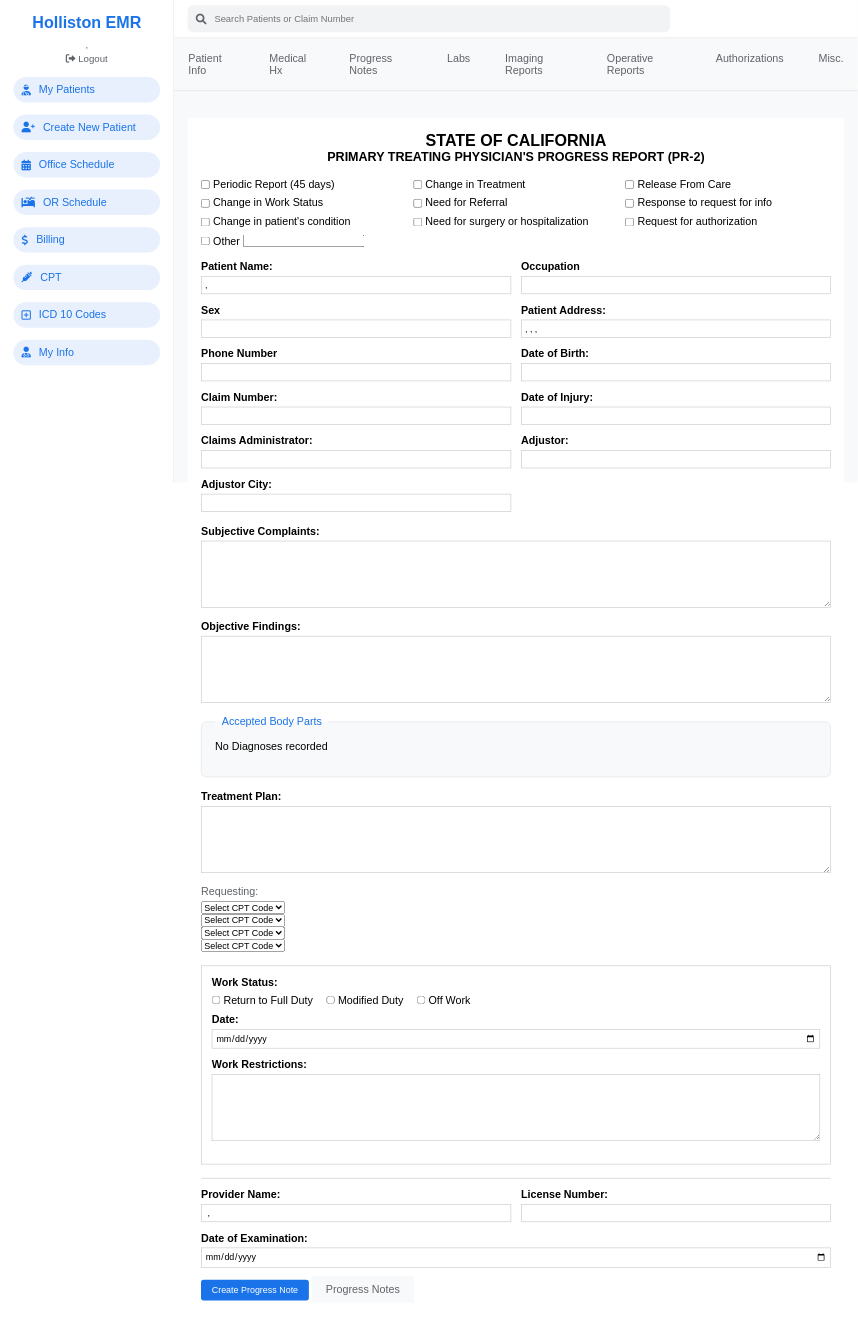
Repository: DavidG626/Flask-Project
Page: templates/create_progress_note.html
These files come from the project's save history. The page is drawn as it stood at one moment and after the next save; the edit follows.
The browser window is 1280 px wide. The pictures show the whole page, at 67% of full size.
Some web libraries are served in a nearby version. The page is served by the project's application, run on Flask 3 (tempCodeRunnerFile.py). Other server files are loaded and not shown. The template is opened directly, without the code that normally fills it, so the values that code supplies are empty.

Above is the page before, as saved 2025-03-13 22:27:47.

### templates/create_progress_note.html
<!DOCTYPE html>
<html lang="en">
<head>
   <meta charset="UTF-8">
   <meta name="viewport" content="width=device-width, initial-scale=1.0">
   <title>Create Progress Note</title>
   <link rel="stylesheet" type="text/css" href="/static/dashboard.css">
   <link rel="stylesheet" type="text/css" href="/static/patient_info.css">
   <link rel="stylesheet" type="text/css" href="/static/pr2.css">
   <link href="https://cdn.jsdelivr.net/npm/select2@4.1.0-rc.0/dist/css/select2.min.css" rel="stylesheet" />
   <script src="https://cdn.jsdelivr.net/npm/jquery@3.6.0/dist/jquery.min.js"></script>
   <script src="https://cdn.jsdelivr.net/npm/select2@4.1.0-rc.0/dist/js/select2.min.js"></script>
   <link href="https://cdnjs.cloudflare.com/ajax/libs/font-awesome/6.0.0/css/all.min.css" rel="stylesheet">
</head>
<body>
   <div class="container">
       <!-- Sidebar -->
       <aside class="sidebar">
           <div class="logo">Holliston EMR</div>
           <div class="logged-user">
               {{ current_user.first_name }} {{ current_user.last_name }}, {{ current_user.medical_title }}
               <a href="{{ url_for('dashboard.logout') }}" class="logout-link">
                   <i class="fas fa-sign-out-alt"></i> Logout
               </a>
           </div>
           <nav>
               <ul>
                   <li class="active">
                       <a href="{{ url_for('dashboard.my_patients') }}">
                           <i class="fas fa-user-injured"></i>My Patients
                       </a>
                   </li>
               </ul>
               <br>
               <ul>
                   <li class="active">
                       <a href="{{ url_for('dashboard.create_patient') }}">
                           <i class="fas fa-user-plus"></i>Create New Patient
                       </a>
                   </li>
               </ul>
               <br>
               <ul>
                   <li class="active"><a href=""><i class="fas fa-calendar-alt"></i>Office Schedule</a></li>
               </ul>
               <br>
               <ul>
                   <li class="active"><a href=""><i class="fas fa-procedures"></i>OR Schedule</a></li>
               </ul>
               <br>
               <ul>
                   <li class="active"><a href=""><i class="fas fa-dollar-sign"></i>Billing</a></li>
               </ul>
               <br>
               <ul>
                   <li class="active">
                       <a href="{{ url_for('cpt.cpt_codes') }}">
                           <i class="fas fa-syringe"></i>CPT
                       </a>
                   </li>
               </ul>
               <br>
               <ul>
                   <li class="active">
                       <a href="{{ url_for('icd10.icd10_codes') }}">
                           <i class="far fa-plus-square"></i>ICD 10 Codes
                       </a>
                   </li>
               </ul>
               <br>
               <ul>
                   <li class="active">
                       <a href="{{ url_for('dashboard.my_info') }}">
                           <i class="fas fa-user-md"></i>My Info
                       </a>
                   </li>
               </ul>
           </nav>
       </aside>

       <!-- Main Content -->
       <main>
           <header>
               <div class="search-bar">
                   <i class="fas fa-search"></i>
                   <form action="{{ url_for('dashboard.my_patients') }}" method="get">
                       <input type="text" name="search" placeholder="Search Patients or Claim Number">
                   </form>
               </div>
           </header>

           <!-- Patient Tabs -->
           <div class="patient-tabs">
                <a href="{{ url_for('dashboard.patient_detail', patient_id=patient.id) }}" class="tab">Patient Info</a>
                <a href="{{ url_for('dashboard.patient_medical_history', patient_id=patient.id) }}" class="tab">Medical Hx</a>
                <a href="{{ url_for('pr2.progress_notes', patient_id=patient.id) }}" class="tab active">Progress Notes</a>
                <a href="{{ url_for('labs.patient_labs', patient_id=patient.id) }}" class="tab">Labs</a>
                <a href="{{ url_for('imaging.patient_imaging', patient_id=patient.id) }}" class="tab">Imaging Reports</a>
                <a href="{{ url_for('operative.patient_operative_reports', patient_id=patient.id) }}" class="tab">Operative Reports</a>
                <a href="{{ url_for('auth.patient_authorizations', patient_id=patient.id) }}" class="tab">Authorizations</a>
                <a href="{{ url_for('misc.patient_misc', patient_id=patient.id) }}" class="tab">Misc.</a>
            </div>

           <div class="content">
            <div class="pr2-form">
                <div class="pr2-header">
                    <h2>STATE OF CALIFORNIA</h2>
                    <h3>PRIMARY TREATING PHYSICIAN'S PROGRESS REPORT (PR-2)</h3>
                </div>

                <form method="POST">
                    <!-- Report Type Section -->
                    <div class="checkbox-grid">
                        <div class="checkbox-item">
                            <input type="checkbox" name="is_periodic_report" id="periodic">
                            <label for="periodic">Periodic Report (45 days)</label>
                        </div>
                        <div class="checkbox-item">
                            <input type="checkbox" name="is_change_in_treatment" id="treatment">
                            <label for="treatment">Change in Treatment</label>
                        </div>
                        <div class="checkbox-item">
                            <input type="checkbox" name="is_release_from_care" id="release">
                            <label for="release">Release From Care</label>
                        </div>
                        <div class="checkbox-item">
                            <input type="checkbox" name="is_change_in_work_status" id="work">
                            <label for="work">Change in Work Status</label>
                        </div>
                        <div class="checkbox-item">
                            <input type="checkbox" name="is_need_for_referral" id="referral">
                            <label for="referral">Need for Referral</label>
                        </div>
                        <div class="checkbox-item">
                            <input type="checkbox" name="is_need_for_referral" id="referral">
                            <label for="referral">Response to request for info</label>
                        </div>
                        <div class="checkbox-item">
                            <input type="checkbox" name="is_need_for_referral" id="referral">
                            <label for="referral">Change in patient's condition</label>
                        </div>
                        <div class="checkbox-item">
                            <input type="checkbox" name="is_need_for_referral" id="referral">
                            <label for="referral">Need for surgery or hospitalization</label>
                        </div>
                        <div class="checkbox-item">
                            <input type="checkbox" name="is_need_for_referral" id="referral">
                            <label for="referral">Request for authorization</label>
                        </div>
                        <div class="checkbox-item">
                            <input type="checkbox" name="is_need_for_referral" id="referral">
                            <label for="referral">Other</label>
                            <input type="text">
                        </div>
                    </div>

                    <!-- Patient Information Section -->
                    <div class="patient-info-grid">
                        <div class="form-field">
                            <label>Patient Name:</label>
                            <input type="text" value="{{ patient.patient_last_name }}, {{ patient.patient_first_name }}" readonly>
                        </div>
                        <div class='form-field'>
                            <label>Occupation</label>
                            <input type="text" value="{{ patient.patient_occupation }}" readonly>
                        </div>

                        <div class='form-field'>
                            <label>Sex</label>
                            <input type="text" value="{{ patient.patient_sex }}" readonly>
                        </div>
                        <div class="form-field">
                            <label>Patient Address:</label>
                            <input type="text" value="{{ patient.patient_address }}, {{ patient.patient_city }}, {{ patient.patient_state }}, {{ patient.patient_zip_code }}" readonly>
                        </div>
                        <div class='form-field'>
                            <label>Phone Number</label>
                            <input type="text" value="{{ patient.patient_occupation }}" readonly>
                        </div>
                        <div class="form-field">
                            <label>Date of Birth:</label>
                            <input type="text" value="{{ patient.patient_date_of_birth.strftime('%m/%d/%Y') }}" readonly>
                        </div>
                        <div class="form-field">
                            <label>Claim Number:</label>
                            <input type="text" value="{{ patient.patient_claim_number }}" readonly>
                        </div>
                        <div class="form-field">
                            <label>Date of Injury:</label>
                            <input type="text" value="{{ patient.patient_date_of_injury.strftime('%m/%d/%Y') }}" readonly>
                        </div>
                        <div class="form-field">
                            <label>Claims Administrator:</label>
                            <input type="text" value="{{ patient.claims_admin.admin_name if patient.claims_admin else '' }}" readonly>
                        </div>
                        <div class="form-field">
                            <label>Adjustor:</label>
                            <input type="text" value="{{ patient.claims_admin.adjustor if patient.claims_admin else '' }}" readonly>
                        </div>
                        <div class="form-field">
                            <label>Adjustor City:</label>
                            <input type="text" value="{{ patient.claims_admin.adjustor_city if patient.claims_admin else '' }}" readonly>
                        </div>
                    </div>

                    <!-- Subjective Section -->
                    <div class="text-area-field">
                        <label>Subjective Complaints:</label>
                        <textarea name="subjective_complaints" required></textarea>
                    </div>

                    <!-- Objective Section -->
                    <div class="text-area-field">
                        <label>Objective Findings:</label>
                        <textarea name="objective_findings" required></textarea>
                    </div>


                    <fieldset>
                        <legend>Accepted Body Parts</legend>
                        <div class="form-group">
                            {% if patient.diagnoses %}
                                {% for diagnosis in patient.diagnoses %}
                                    <div class="info-item">
                                        <strong>{{ diagnosis.code }}</strong> - {{ diagnosis.description }}
                                    </div>
                                {% endfor %}
                            {% else %}
                                <div class="info-item">No Diagnoses recorded</div>
                            {% endif %}
                        </div>
                    </fieldset>






                    <!-- Treatment Plan Section -->
                    <div class="text-area-field">
                        <label>Treatment Plan:</label>
                        <textarea name="treatment_plan" required></textarea>
                    </div>




                    <!-- CPT Code Selection - 4 boxes in a row -->
                    <div class="form-group mt-3">


                            <!-- 4 CPT Code dropdown boxes -->
                            <div class="col-3">
                                <label>Requesting:</label>
                                <select class="form-control" name="cpt_codes">
                                    <option value="">Select CPT Code</option>
                                    {% for cpt in cpt_codes %}
                                    <option value="{{ cpt.id }}">{{ cpt.code }} - {{ cpt.description }}</option>
                                    {% endfor %}
                                </select>
                            </div>
                            <div class="col-3">
                                <select class="form-control" name="cpt_codes">
                                    <option value="">Select CPT Code</option>
                                    {% for cpt in cpt_codes %}
                                    <option value="{{ cpt.id }}">{{ cpt.code }} - {{ cpt.description }}</option>
                                    {% endfor %}
                                </select>
                            </div>
                            <div class="col-3">
                                <select class="form-control" name="cpt_codes">
                                    <option value="">Select CPT Code</option>
                                    {% for cpt in cpt_codes %}
                                    <option value="{{ cpt.id }}">{{ cpt.code }} - {{ cpt.description }}</option>
                                    {% endfor %}
                                </select>
                            </div>
                            <div class="col-3">
                                <select class="form-control" name="cpt_codes">
                                    <option value="">Select CPT Code</option>
                                    {% for cpt in cpt_codes %}
                                    <option value="{{ cpt.id }}">{{ cpt.code }} - {{ cpt.description }}</option>
                                    {% endfor %}
                                </select>
                            </div>
                    </div>



                    <!-- Work Status Section -->
                    <div class="work-status-section">
                        <h4>Work Status:</h4>
                        <div class="work-status-options">
                            <div class="radio-item">
                                <input type="radio" name="work_status" value="full_duty" id="full_duty">
                                <label for="full_duty">Return to Full Duty</label>
                            </div>
                            <div class="radio-item">
                                <input type="radio" name="work_status" value="modified" id="modified">
                                <label for="modified">Modified Duty</label>
                            </div>
                            <div class="radio-item">
                                <input type="radio" name="work_status" value="off_work" id="off_work">
                                <label for="off_work">Off Work</label>
                            </div>
                        </div>
                        <div class="form-field">
                            <label>Date:</label>
                            <input type="date" name="work_status_date">
                        </div>
                        <div class="text-area-field" id="work-restrictions">
                            <label>Work Restrictions:</label>
                            <textarea name="work_restrictions"></textarea>
                        </div>
                    </div>

                    <!-- Provider Information Section -->
                    <div class="provider-section">
                        <div class="form-row">
                            <div class="form-field">
                                <label>Provider Name:</label>
                                <input type="text" value="{{ current_user.first_name }} {{ current_user.last_name }}, {{ current_user.medical_title }}" readonly>
                            </div>
                            <div class="form-field">
                                <label>License Number:</label>
                                <input type="text" value="{{ current_user.medical_license }}" readonly>
                            </div>
                        </div>
                        <div class="form-field">
                            <label>Date of Examination:</label>
                            <input type="date" name="date_of_exam" required>
                        </div>
                    </div><br>

                    <div class="form-buttons">
                        <button type="submit" class="save-btn" onclick="return confirmCreate()">Create Progress Note</button>
                        <a href="{{ url_for('pr2.progress_notes', patient_id=patient.id) }}" class="tab active">Progress Notes</a>
                    </div>

                     <!-- RFA Section - will be shown/hidden with JavaScript -->
        <div id="rfa_section" style="display: none;" class="pr2-form">
            <div class="pr2-header">
                <h3>REQUEST FOR AUTHORIZATION (RFA)</h3>
            </div>
            <div class="checkbox-grid">
                <div class="checkbox-item">
                    <input type="checkbox" id="is_new_request" name="is_new_request" checked>
                    <label for="is_new_request">New Request</label>
                </div>
                <div class="checkbox-item">
                    <input type="checkbox" id="is_resubmission" name="is_resubmission">
                    <label for="is_resubmission">Resubmission - Change in Material Facts</label>
                </div>
                <div class="checkbox-item">
                    <input type="checkbox" id="is_expedited" name="is_expedited">
                    <label for="is_expedited">Expedited Review</label>
                </div>
                <div class="checkbox-item">
                    <input type="checkbox" id="is_oral_confirmation" name="is_oral_confirmation">
                    <label for="is_oral_confirmation">Written confirmation of prior oral request</label>
                </div>
            </div>

            <!-- Selected Diagnoses (auto-populated) -->
            <div class="text-area-field">
                <label>Selected Diagnoses:</label>
                <div id="rfa_diagnoses_display" class="form-field">
                    <!-- Will be populated based on patient diagnoses -->
                    {% if patient.diagnoses %}
                        {% for diagnosis in patient.diagnoses %}
                        <div class="info-item">
                            <input type="hidden" name="rfa_diagnosis_ids[]" value="{{ diagnosis.id }}">
                            <strong>{{ diagnosis.code }}</strong> - {{ diagnosis.description }}
                        </div>
                        {% endfor %}
                    {% else %}
                        <div class="info-item">No Diagnoses recorded</div>
                    {% endif %}
                </div>
            </div>

            <!-- Selected CPT Codes (auto-populated) -->
            <div class="text-area-field">
                <label>Selected CPT Codes:</label>
                <div id="rfa_cpt_codes_display" class="form-field">
                    <!-- Will be populated dynamically by JavaScript -->
                    <div class="info-item text-muted">CPT codes will appear here when selected</div>
                </div>
            </div>

            <!-- Additional Information -->
            <div class="text-area-field">
                <label for="rfa_other_info">Other Information (Frequency, Duration, Quantity):</label>
                <textarea name="rfa_other_info" id="rfa_other_info" rows="2"></textarea>
            </div>
        </div>

                    <!-- JavaScript at the end of the main content -->
        <script>
            document.addEventListener('DOMContentLoaded', function() {
    // Get all CPT code select elements
    const cptSelects = document.querySelectorAll('select[name="cpt_codes"]');
    const rfaSection = document.getElementById('rfa_section');
    const rfaCptCodesDisplay = document.getElementById('rfa_cpt_codes_display');

    // Function to check if any CPT code is selected and update the RFA section
    function updateRfaSection() {
        let hasSelection = false;
        let selectedCptCodes = [];

        // Check each select element
        cptSelects.forEach(function(select) {
            if (select.value) {
                hasSelection = true;

                // Get CPT code details
                const cptId = select.value;
                const cptText = select.options[select.selectedIndex].text;

                // Add to array if not already included
                if (!selectedCptCodes.some(code => code.id === cptId)) {
                    selectedCptCodes.push({
                        id: cptId,
                        text: cptText
                    });
                }
            }
        });

        // Show or hide RFA section
        if (hasSelection) {
            rfaSection.style.display = 'block';

            // Update the CPT codes display
            rfaCptCodesDisplay.innerHTML = '';
            selectedCptCodes.forEach(function(cpt) {
                const cptItem = document.createElement('div');
                cptItem.className = 'info-item';
                cptItem.innerHTML = `
                    <input type="hidden" name="rfa_cpt_ids[]" value="${cpt.id}">
                    ${cpt.text}
                `;
                rfaCptCodesDisplay.appendChild(cptItem);
            });
        } else {
            rfaSection.style.display = 'none';
            rfaCptCodesDisplay.innerHTML = '<div class="info-item text-muted">CPT codes will appear here when selected</div>';
        }
    }

    // Add change event listeners to all CPT selects
    cptSelects.forEach(function(select) {
        select.addEventListener('change', updateRfaSection);
    });

    // Initial check in case CPT codes are pre-selected
    updateRfaSection();
});

function confirmCreate() {
    return confirm("IMPORTANT: Once created, this progress note cannot be deleted or edited due to HITECH regulations. If changes are needed later, you must create an addendum. Do you want to proceed?");
}


        </script>

       </main>
       </body>

Loaded but not shown: static/dashboard.css (410 lines, source omitted); tempCodeRunnerFile.py (97 lines, source omitted); static/patient_info.css (180 lines, source omitted); static/pr2.css (154 lines, source omitted)

After the next save:
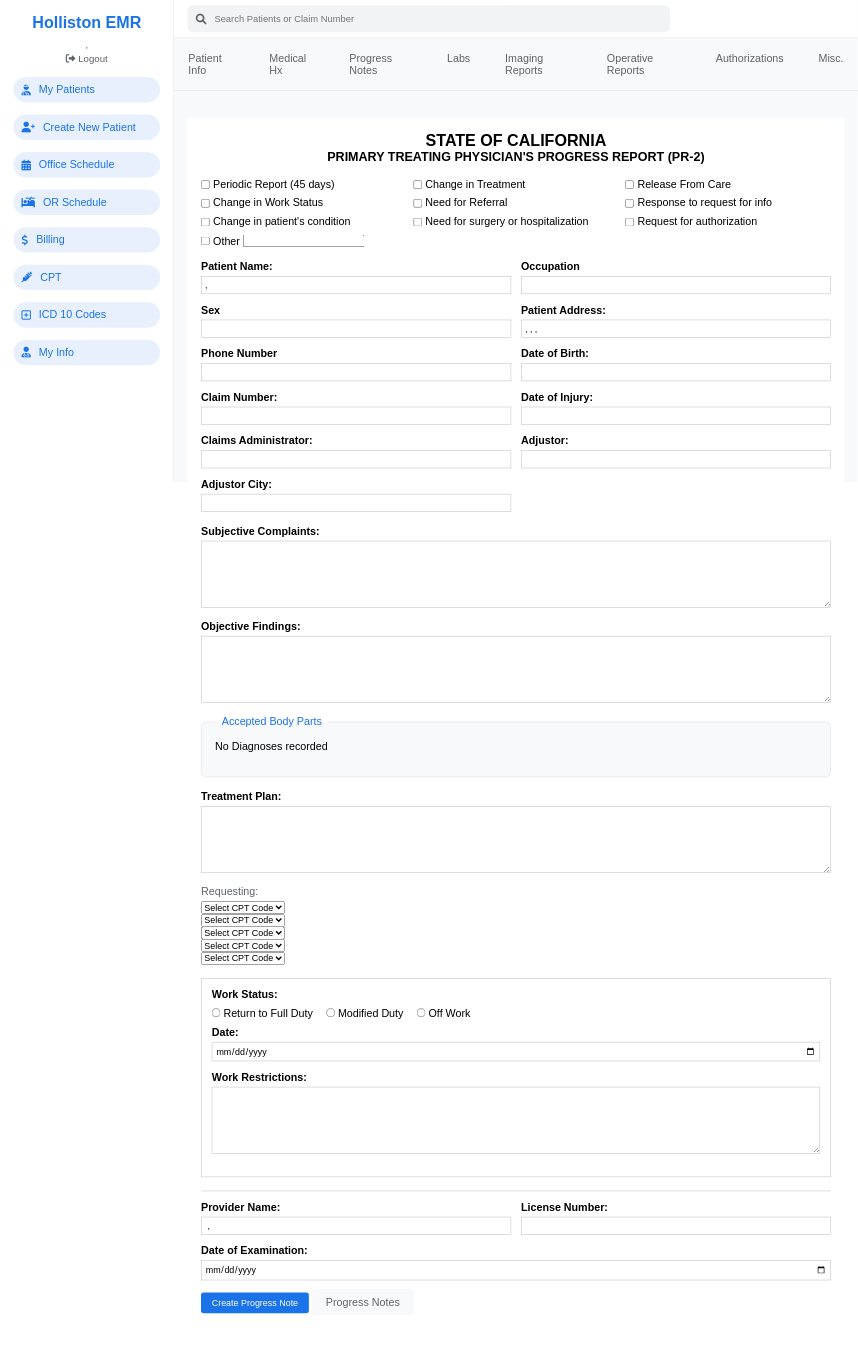
Saved 4 min 37 s later.
--- a/templates/create_progress_note.html
+++ b/templates/create_progress_note.html
@@ -283,6 +283,14 @@
                                     {% endfor %}
                                 </select>
                             </div>
+                            <div class="col-3">
+                                <select class="form-control" name="cpt_codes">
+                                    <option value="">Select CPT Code</option>
+                                    {% for cpt in cpt_codes %}
+                                    <option value="{{ cpt.id }}">{{ cpt.code }} - {{ cpt.description }}</option>
+                                    {% endfor %}
+                                </select>
+                            </div>
                     </div>
 
 
